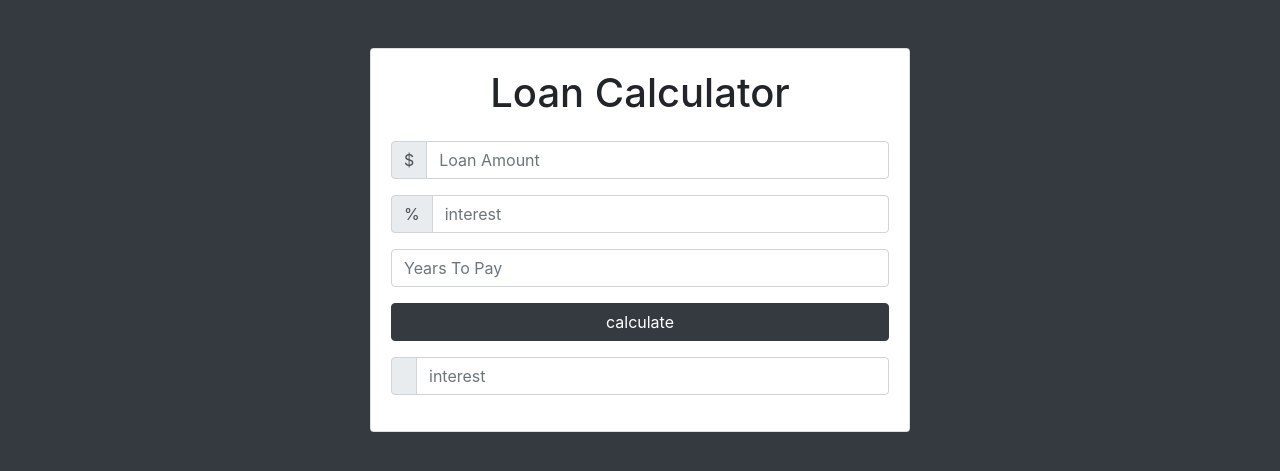
Repository: varun-project/LearningJs
Page: index.html
The author's editor kept a copy of each file at every save. The page is drawn from the files as they stood at one save, then again after a run of saves.
The browser window is 1280 px wide. The pictures show the whole page.

Above is the page before, as saved 2019-07-28 17:20:29.

After the next 3 saves:
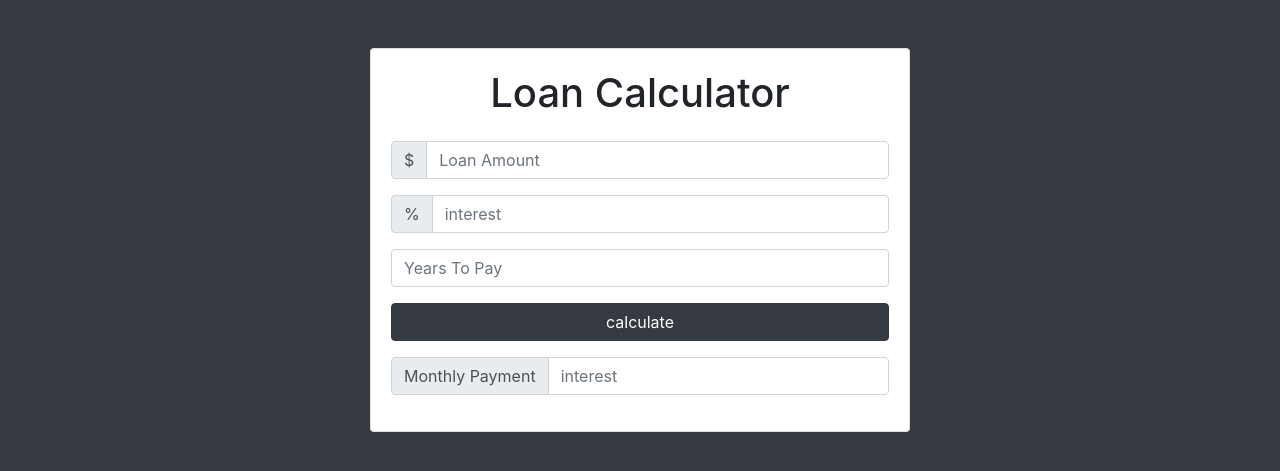
The 3 saves are shown as one change because they came seconds apart.
The last was saved 11 s later.
--- a/index.html
+++ b/index.html
@@ -72,7 +72,7 @@
             <div class="form-group">
                 <div class="input-group">
                   <div class="input-group-prepend">
-                    <div class="input-group-text"></div>
+                    <div class="input-group-text">Monthly Payment</div>
                   </div>
                   <input
                     type="number"
